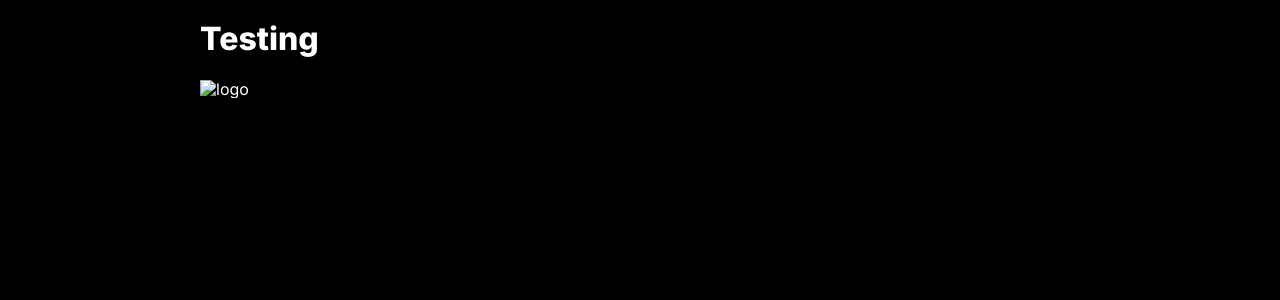
Repository: al-XLeMEsTRE/Around-The-U.S
Page: index.html
An editor plug-in stored every save of this project. The page is shown before and after the next save, followed by the edit.
The browser window is 1280 px wide. The pictures show the whole page.

Above is the page before, as saved 2023-12-12 12:11:52.
Not found: images/hero-image.jpg

### index.html
<!DOCTYPE html>
<html lang="en">
  <head>
    <meta charset="UTF-8" />
    <meta name="viewport" content="width=device-width, initial-scale=1" />
    <meta name="author" content="Gregory Alexandre" />
    <meta
      name="description"
      content="Discover breathtaking landscapes across the U.S. with our travel guide inspired by the legendary explorer Jacques Cousteau. Explore Yosemite Valley, Lake Louise, and the Bald Mountains."
    />
    <meta
      name="keywords"
      content="Jacques Cousteau, explorer, exploration, travel, adventure, nature, landscapes, Yosemite Valley, Lake Louise, Bald Mountains, scenic views, national parks, outdoor photography, travel inspiration"
    />
    <title>Around the U.S</title>
    <link rel="shortcut icon" href="./favicon.ico" />
    <link rel="stylesheet" type="text/css" href="./pages/index.css" />
    <!-- Additional tags such as Open Graph and Twitter cards can be added here for social media optimization -->
    <!-- Open Graph meta tags -->
    <meta
      property="og:title"
      content="Explore with Jacques Cousteau | U.S. Landscapes"
    />
    <meta
      property="og:description"
      content="Join the journey through the most picturesque landscapes of the U.S., following in the footsteps of Jacques Cousteau."
    />
    <meta property="og:image" content="./images/og-image.jpg" />
    <meta property="og:type" content="website" />
  </head>

  <body class="page">
    <div class="content">
      <h1>Testing</h1>
      <header class="header">
        <img src="./images/hero-image.jpg" alt="logo" class="header__logo" />
      </header>
    </div>
  </body>
</html>

### pages/index.css
@import url("../vendor/normalize.css");
@import url("../vendor/fonts.css");
@import url("../blocks/page.css");
@import url("../blocks/header.css");
@import url("../blocks/content.css");
@import url("../blocks/profile.css");
@import url("../blocks/footer.css");
@import url("../blocks/card.css");
@import url("../blocks/cards.css");

### vendor/fonts.css
@font-face {
  font-family: "Inter";
  font-style: normal;
  font-weight: 400;
  font-display: swap;
  src: url("./fonts/Inter-Regular.woff2") format("woff2");
}

@font-face {
  font-family: "Inter";
  font-style: normal;
  font-weight: 500;
  font-display: swap;
  src: url("./fonts/Inter-Medium.woff2") format("woff2");
}

@font-face {
  font-family: "Inter";
  font-style: normal;
  font-weight: 800;
  font-display: swap;
  src: url("./fonts/Inter-ExtraBold.woff2") format("woff2");
}

### blocks/page.css
.page {
  font-family: Inter, Arial, Helvetica, sans-serif;
  background-color: black;
  color: white;
}

.content {
  margin-left: 200px;
  margin-right: 200px;
}

Loaded but not shown: vendor/normalize.css (library); blocks/header.css (no stored copy; drawn as an empty file); blocks/content.css (no stored copy; drawn as an empty file); blocks/profile.css (no stored copy; drawn as an empty file); blocks/footer.css (no stored copy; drawn as an empty file); blocks/card.css (no stored copy; drawn as an empty file); blocks/cards.css (no stored copy; drawn as an empty file)

After the next save:
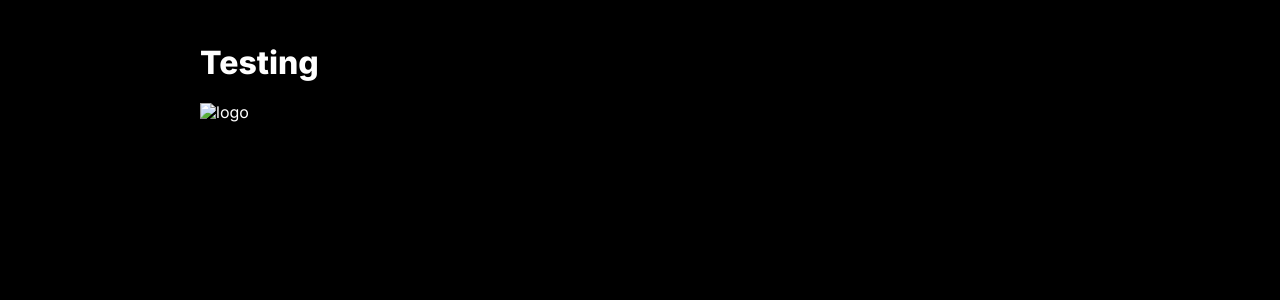
Saved 27 min 38 s later.
--- a/blocks/page.css
+++ b/blocks/page.css
@@ -7,4 +7,5 @@
 .content {
   margin-left: 200px;
   margin-right: 200px;
+  margin-top: 45px;
 }
